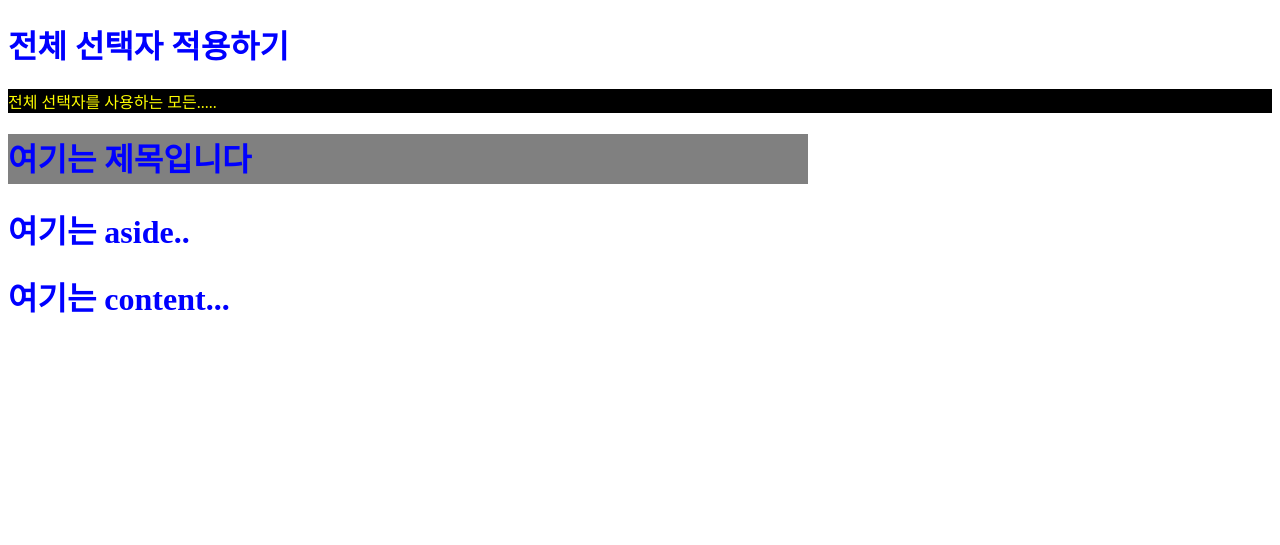
Repository: odasd/Ark-html
Page: 20200408/ex20200408/WebContent/ex01.html
These files come from the project's save history. The page is drawn as it stood at one moment and after the next save; the edit follows.
The browser window is 1280 px wide. The pictures show the whole page.

Above is the page before, as saved 2020-04-08 00:48:24.

### 20200408/ex20200408/WebContent/ex01.html
<!DOCTYPE html>
<html>
<head>
<meta charset="UTF-8">
<title>Insert title here</title>
<style>
	* {color:red;} /* 전체 선택자 */

	/* 태그 선택자 */
	h1 {color:blue;}
	p {color:yellow; background:black;}

	/* id선택자 */
	#header{width:800px; height:50px; background:gray;}
</style>
</head>
<body>
	<!-- 태그 주석 -->
	<h1>전체 선택자 적용하기</h1>
	<p>전체 선택자를 사용하는 모든.....</p>

	<div id="header"><h1>여기는 제목입니다</h1></div>
	<div id="wrap">
		<div id="aside"><h1>여기는 aside..</h1></div>
		<div id="content"><h1>여기는 content...</h1></div>
	</div>
</body>
</html>

After the next save:
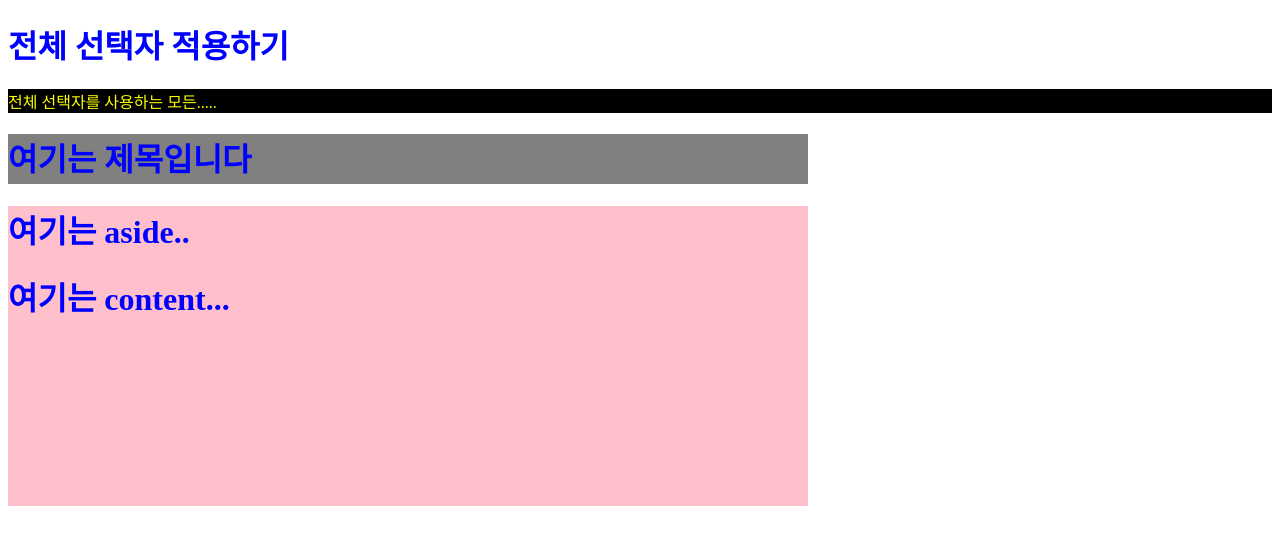
Saved 47 s later.
--- a/20200408/ex20200408/WebContent/ex01.html
+++ b/20200408/ex20200408/WebContent/ex01.html
@@ -11,7 +11,8 @@
 	p {color:yellow; background:black;}
 
 	/* id선택자 */
-	#header{width:800px; height:50px; background:gray;}
+	#header {width:800px; height:50px; background:gray;}
+	#wrap {width:800px; height:300px; background:pink;}
 </style>
 </head>
 <body>
